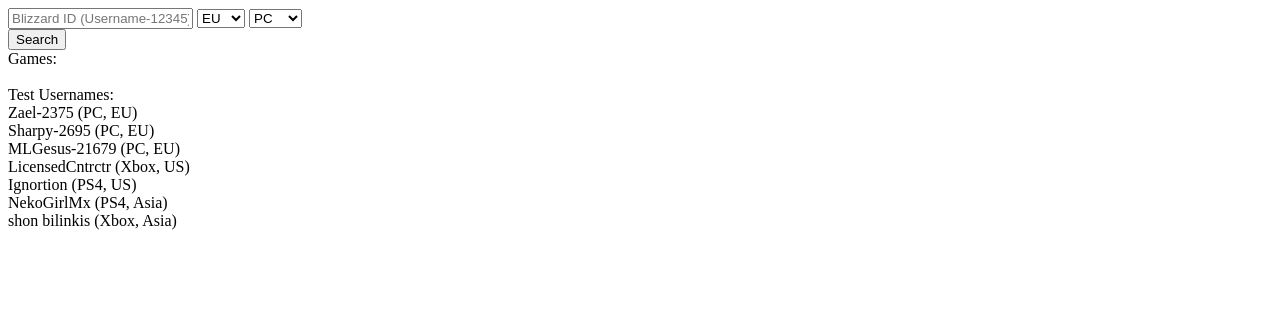
Repository: Cobonkoi/overwatch-dashboard
Page: index.html
The author's editor kept a record of every edit. The page is drawn from the files as they stood at one moment, then again after the next edit.
The browser window is 1280 px wide. The pictures show the whole page.

Above is the page before.

### index.html
<!DOCTYPE html>
<html>
    <head>
        <title>Overwatch Dashboard</title>
        <script type="text/javascript" src="main.js"></script>
    </head>

    <body>
        <form>
            <input id="search-form-username" type="text" placeholder="Blizzard ID (Username-12345)">
            <select id="search-form-region">
                <option value="eu">EU</option>
                <option value="us">US</option>
                <option value="asia">Asia</option>
            </select>
            <select id="search-form-platform" onchange="changeUsernamePlaceholder(); changeRegionHidden();">
                <option value="pc">PC</option>
                <option value="psn">PS4</option>
                <option value="xbl">Xbox</option>
            </select>
        </form>
        <button onclick="writeToDocument('https://ow-api.com/v1/stats/')">Search</button>
        <div>Games: </div><div id="stat-games"></div><br>
        <div>Test Usernames: <br>
        Zael-2375 (PC, EU)<br>
        Sharpy-2695 (PC, EU)<br>
        MLGesus-21679 (PC, EU)<br>
        LicensedCntrctr (Xbox, US)<br>
        Ignortion (PS4, US)<br>
        NekoGirlMx (PS4, Asia)<br>
        shon bilinkis (Xbox, Asia)</div>
    </body>
</html>

### main.js
/*function getData(cb) {
    var xhr = new XMLHttpRequest();

    xhr.open("GET", "https://ow-api.com/v1/stats/pc/eu/MLGesus-21679/profile");
    xhr.send();

    xhr.onreadystatechange = function() {
        if (this.readyState == 4 && this.status == 200) {
            cb(JSON.parse(this.responseText));
        }
    };
}

function printDataToConsole(data) {
    console.log(data);
}

getData(printDataToConsole);


const baseURL = "https://ow-api.com/v1/stats/pc/eu/MLGesus-21679/profile";

function getData(type, cb) {
    var xhr = new XMLHttpRequest();

    xhr.onreadystatechange = function() {
        if (this.readyState == 4 && this.status == 200) {
            cb(JSON.parse(this.responseText));
        }
    };

    xhr.open("GET", baseURL);
    xhr.send();
}

function writeToDocument(type) {
    getData(type, function(data) {
        console.dir(data);
        document.getElementById("stat-games").innerHTML = `Played ${data.competitiveStats.games.played} / Won ${data.competitiveStats.games.played}`;
    });
} */

/*Usernames for tests
Zael-2375
Sharpy-2695
MLGesus-21679
*/

const baseURL = "https://ow-api.com/v1/stats/";

function getData(type, cb) {
    var xhr = new XMLHttpRequest();

    var platform = document.getElementById("form-platform").value;
    var region = document.getElementById("form-region").value;
    var username = document.getElementById("form-username").value;

    xhr.onreadystatechange = function() {
        if (this.readyState == 4 && this.status == 200) {
            cb(JSON.parse(this.responseText));
        }
    };

    xhr.open("GET", baseURL + platform + "/" + region + "/" + username + "/profile");
    xhr.send();
}

function writeToDocument(type) {
    getData(type, function(data) {
        console.dir(data);
        document.getElementById("stat-games").innerHTML = `Played ${data.competitiveStats.games.played} / Won ${data.competitiveStats.games.played}`;
    });
}

### assets/javascript/main.js
const baseURL = "https://ow-api.com/v1/stats/";


function getData(type, cb) {
    var xhr = new XMLHttpRequest();

    var platform = document.getElementById("search-form-platform").value;
    var region = document.getElementById("search-form-region").value;
    var username = document.getElementById("search-form-username").value;

    if (platform == "pc") {
        var profileUrl = baseURL + platform + "/" + region + "/" + username + "/complete";
    } else {
        var profileUrl = baseURL + platform + "/"  + username + "/complete";
    }

    xhr.onreadystatechange = function() {
        if (this.readyState == 4 && this.status == 200) {
            cb(JSON.parse(this.responseText));
        }
    };

    xhr.open("GET", profileUrl);
    xhr.send();
}

function writeToDocument(type) {
    getData(type, function(data) {
        console.dir(data);
        document.getElementById("stat-games").innerHTML = `Played ${data.competitiveStats.games.played} / Won ${data.competitiveStats.games.won}`;
    });
}

function changeUsernamePlaceholder() {
    if (document.getElementById("search-form-platform").value == "pc") {
        document.getElementById("search-form-username").placeholder = "Blizzard ID (Username-12345)";
    } else if (document.getElementById("search-form-platform").value == "xbl") {
        document.getElementById("search-form-username").placeholder = "Gamertag";
    } else if (document.getElementById("search-form-platform").value == "psn") {
        document.getElementById("search-form-username").placeholder = "PSN ID";
    }
}

function changeRegionHidden() {
    if (document.getElementById("search-form-platform").value == "pc") {
        var regionDropdown = document.getElementById("search-form-region");
        regionDropdown.removeAttribute("hidden");
    } else if (document.getElementById("search-form-platform").value == "xbl") {
        var regionDropdown = document.getElementById("search-form-region");
        regionDropdown.setAttribute("hidden", true);
    } else if (document.getElementById("search-form-platform").value == "psn") {
        var regionDropdown = document.getElementById("search-form-region");
        regionDropdown.setAttribute("hidden", true);
    }
}

Loaded but not shown: libraries/bootstrap.min.css (library)

After the next edit:
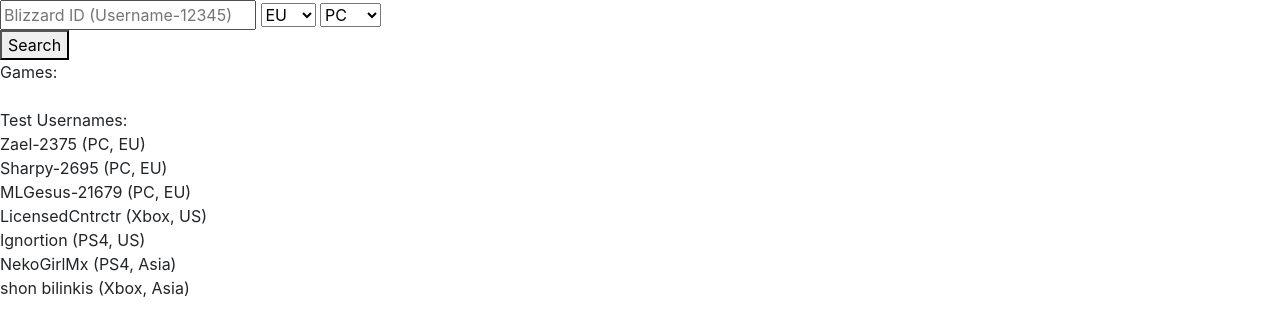
The edit:
--- a/index.html
+++ b/index.html
@@ -2,7 +2,10 @@
 <html>
     <head>
         <title>Overwatch Dashboard</title>
-        <script type="text/javascript" src="main.js"></script>
+        <link rel="stylesheet" href="libraries/bootstrap.min.css" type="text/css" />
+        <link rel="stylesheet" href="https://stackpath.bootstrapcdn.com/font-awesome/4.7.0/css/font-awesome.min.css" type="text/css" />
+        <link href="https://fonts.googleapis.com/css?family=Noto+Sans" rel="stylesheet">
+        <script type="text/javascript" src="assets/javascript/main.js"></script>
     </head>
 
     <body>
